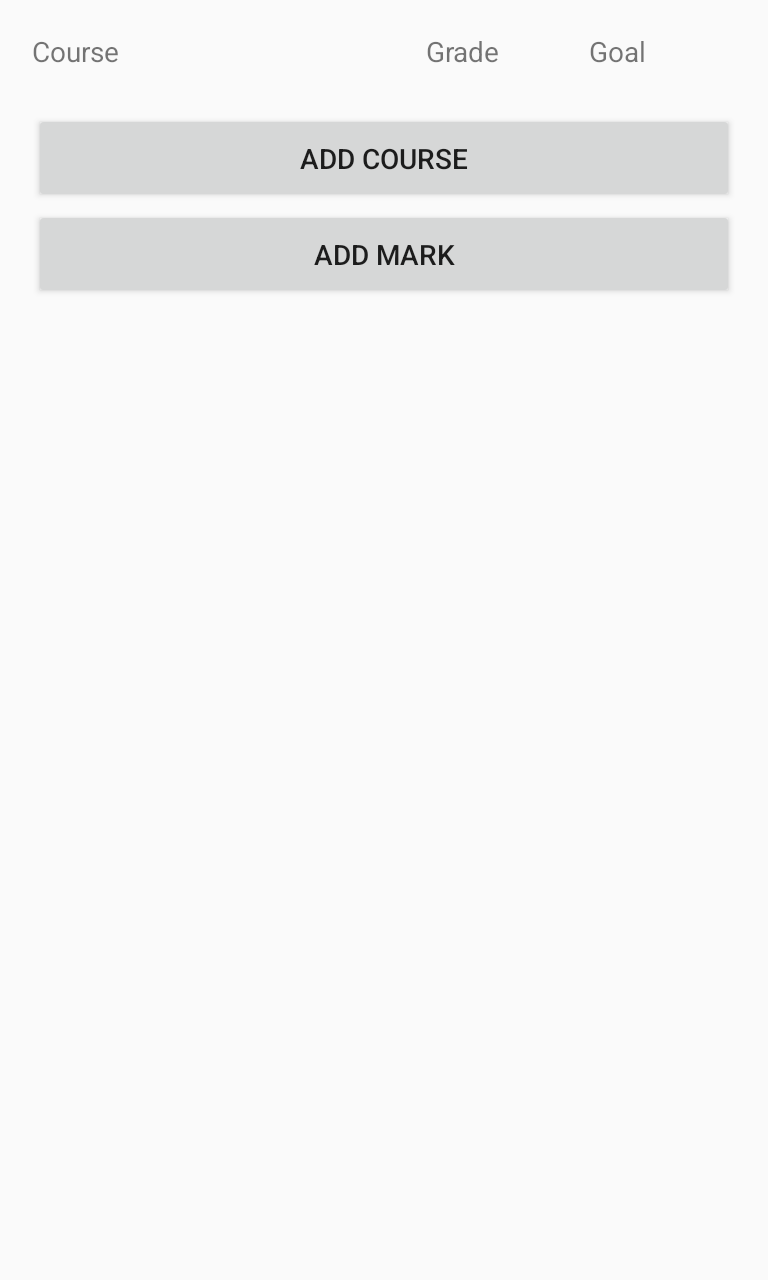
Repository: Tenergy05/GradePlanner
Layout: GradePlanner/res/layout/activity_main.xml
The author's editor kept a copy of each file at every save. The layout is drawn from the files as they stood at one save, then again after the next save.
It is drawn on a 768 x 1280 px phone screen (xhdpi) without system bars, with theme AppTheme; the app's code is not run.

Above is the layout before, as saved 2015-01-01 16:59:32.

### GradePlanner/res/layout/activity_main.xml
<TableLayout xmlns:android="http://schemas.android.com/apk/res/android"
    xmlns:tools="http://schemas.android.com/tools"
    android:id="@+id/tableLayout"
    android:layout_width="match_parent"
    android:layout_height="match_parent"
    android:paddingBottom="@dimen/activity_vertical_margin"
    android:paddingLeft="@dimen/activity_horizontal_margin"
    android:paddingRight="@dimen/activity_horizontal_margin"
    android:paddingTop="@dimen/activity_vertical_margin"
    tools:context="com.example.gradeplan.MainActivity$PlaceholderFragment" >


        <TableRow
            android:id="@+id/tableRow1"
            android:layout_width="match_parent"
            android:layout_height="wrap_content"
             >

            <TextView
                android:layout_weight="0.5"
                android:text="@string/course" />

            <TextView
                android:layout_weight="0.25"
                android:text="@string/grade" />

            <TextView
                android:layout_weight="0.25"
                android:text="@string/goal" />

        </TableRow>

        <TableRow
            android:id="@+id/buttonRow1"
            android:layout_width="fill_parent"
            android:layout_height="wrap_content"
            android:layout_marginTop="20dp">

                <Button
			        android:id="@+id/button1"
			        android:layout_weight="1"
			        android:text="@+string/add_course"
			        android:onClick="addCourse"/>
        </TableRow>

        <TableRow
            android:id="@+id/buttonRow2"
            android:layout_width="fill_parent"
            android:layout_height="wrap_content">

            <Button
                android:id="@+id/button2"
                android:layout_weight="1"
                android:text="@+string/add_mark"
                android:onClick="addMark"/>
        </TableRow>

</TableLayout>

### GradePlanner/res/values/strings.xml
<?xml version="1.0" encoding="utf-8"?>
<resources>

    <string name="app_name">Grade Planner</string>
    <string name="add_course">Add Course</string>
    <string name="course">Course</string>
    <string name="grade">Grade</string>
    <string name="goal">Goal</string>
    <string name="weight">Weight</string>
    <string name="action_settings">Settings</string>
    <string name="title_activity_add_course">Add Course</string>
    <string name="course_code">Course Code</string>
    <string name="grade_goal">Course Goal</string>
    <string name="add_mark">Add Mark</string>
    <string name="percentage">%</string>
    <string name="submit">Submit</string>
    <string name="title_activity_add_mark">Add Mark</string>
    <string name="eval_name">Evaluation Name</string>
    <string name="eval_type">Evaluation Type</string>
    <string name="special_type">Replace all lower marks</string>
    <string name="title_activity_view_course">View Course</string>
    <string name="clear_courses">Clear Courses</string>

</resources>

Loaded but not shown: GradePlanner/res/values/styles.xml (common file); GradePlanner/res/values-v11/styles.xml (common file); GradePlanner/res/values-v14/styles.xml (common file); GradePlanner/res/values/dimens.xml (common file); GradePlanner/res/values-w820dp/dimens.xml (common file)

After the next save:
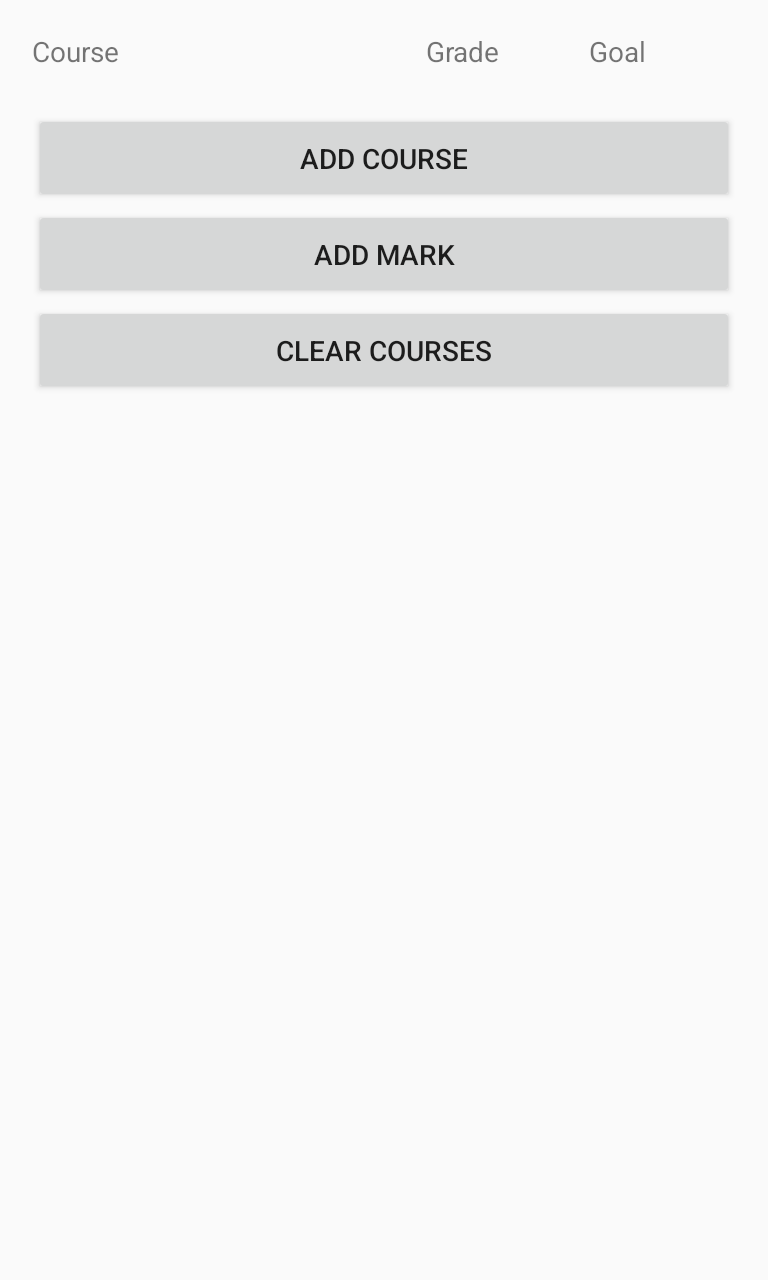
Saved 9 s later.
--- a/GradePlanner/res/layout/activity_main.xml
+++ b/GradePlanner/res/layout/activity_main.xml
@@ -55,4 +55,11 @@
                 android:onClick="addMark"/>
         </TableRow>
 
+        <Button
+            android:id="@+id/button3"
+            android:layout_width="wrap_content"
+            android:layout_height="wrap_content"
+            android:text="@+string/clear_courses"
+            android:onClick="clearCourses" />
+
 </TableLayout>
